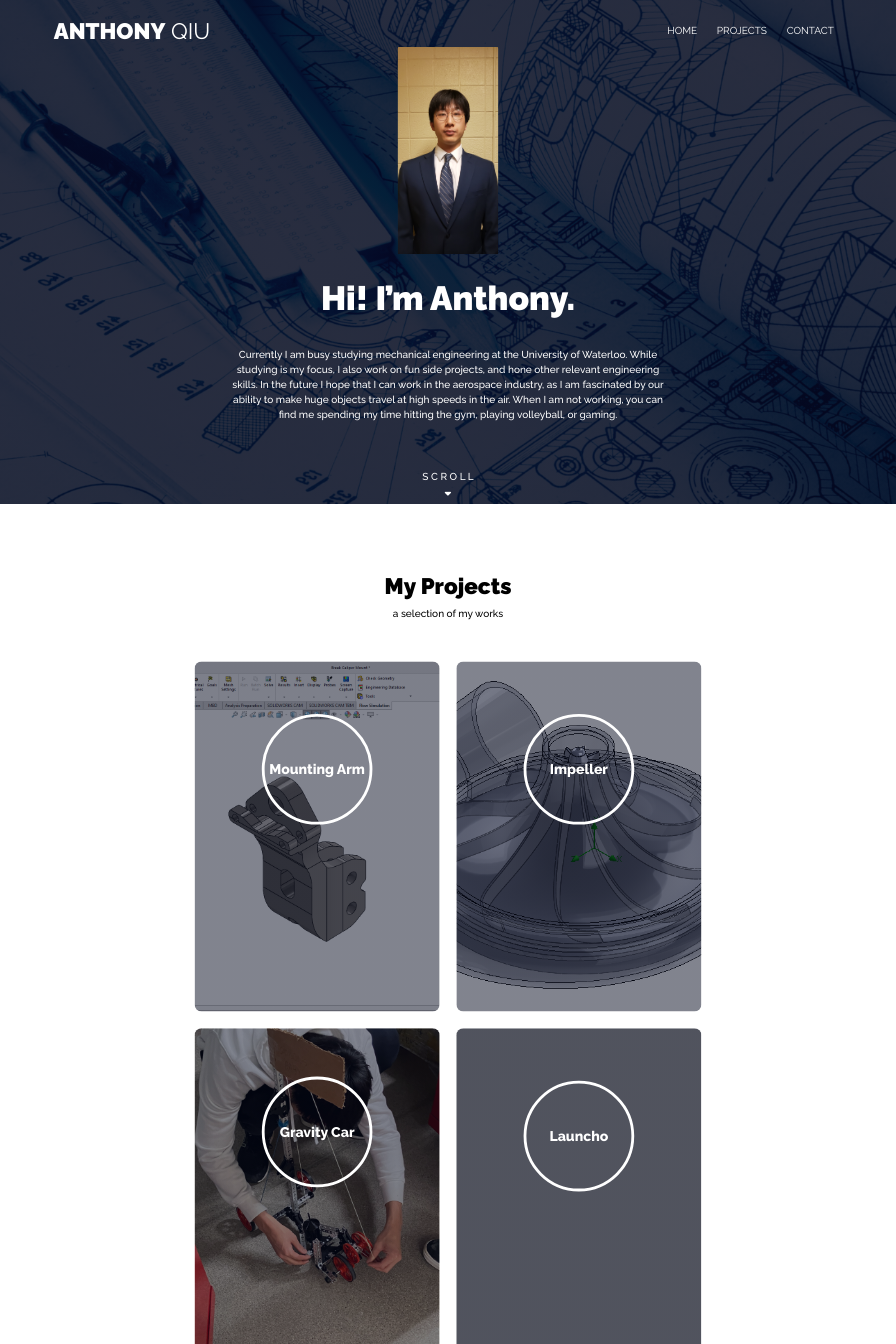
Repository: 7UM1N/anthonyq.github.io
Page: index.html
These files come from the project's save history. The page is drawn as it stood at one moment and after the next save; the edit follows.
The browser window is 1280 px wide. The pictures show the part of the page from y = 0 to 1920 px (the page is 3321 px tall), at 70% of full size.
Pictures or frames that could not be fetched are drawn as grey boxes.

Above is the page before, as saved 2023-03-10 19:29:01.

### index.html
<!DOCTYPE html>
<html lang="en">
    <head>
        <!-- Google tag (gtag.js) -->
        <script async src="https://www.googletagmanager.com/gtag/js?id=G-XFJFSFPP7C"></script>
        <script>
            window.dataLayer = window.dataLayer || [];
            function gtag(){dataLayer.push(arguments);}
            gtag('js', new Date());
            gtag('config', 'G-XFJFSFPP7C');
        </script>

        <meta charset="UTF-8">
        <meta name="viewport" content="width=device-width, initial-scale=1.0">
        <title>Anthony Qiu</title>
        <link rel="icon" type="image/jpg" href="/img/favicon.ico"/>
        <link rel="stylesheet" href="https://cdnjs.cloudflare.com/ajax/libs/normalize/8.0.1/normalize.min.css" integrity="sha512-NhSC1YmyruXifcj/KFRWoC561YpHpc5Jtzgvbuzx5VozKpWvQ+4nXhPdFgmx8xqexRcpAglTj9sIBWINXa8x5w==" crossorigin="anonymous" referrerpolicy="no-referrer" />
        <link rel="stylesheet" href="https://cdnjs.cloudflare.com/ajax/libs/font-awesome/6.2.1/css/all.min.css" integrity="sha512-MV7K8+y+gLIBoVD59lQIYicR65iaqukzvf/nwasF0nqhPay5w/9lJmVM2hMDcnK1OnMGCdVK+iQrJ7lzPJQd1w==" crossorigin="anonymous" referrerpolicy="no-referrer" />
        <link rel="stylesheet" href="css/style.css">
        <link rel="preconnect" href="https://fonts.googleapis.com">
        <link rel="preconnect" href="https://fonts.gstatic.com" crossorigin>
        <link href="https://fonts.googleapis.com/css2?family=Raleway:ital,wght@0,100;0,200;0,300;0,400;0,500;0,600;0,700;0,800;0,900;1,100;1,200;1,300;1,400;1,500;1,600;1,700;1,800;1,900&display=swap" rel="stylesheet">
    </head>
    <body>

        <!-- header -->
        <header>
            <nav>
                <a class="logo" href="index.html">
                    <strong>ANTHONY</strong> QIU
                </a>
                <div class="nav-links" id="navLinks">
                    <ul>
                        <i class="fa-solid fa-xmark" onclick="hideMenu()"></i>
                        <li><a href="index.html" >HOME</a></li>
                        <li><a href="index.html#projects">PROJECTS</a></li>
                        <li><a href="contact.html">CONTACT</a></li>
                    </ul>
                </div>
                <i class="fa-solid fa-bars" onclick="showMenu()"></i>
            </nav>
            <div class="text-box">
                <img src="img/Anthony.jpg">
                <h1>Hi! I’m Anthony.</h1>
                <p>
                    Currently I am busy studying mechanical engineering at the University of Waterloo. While studying is my focus,
                    I also work on fun side projects, and hone other relevant engineering skills. In the future I hope that I can
                    work in the aerospace industry, as I am fascinated by our ability to make huge objects travel at high speeds in the air.
                    When I am not working, you can find me spending my time hitting the gym, playing volleyball, or gaming.
                </p>
                <!--<a href="Resume.pdf" class="hero-btn"><strong>check out my resume</strong></a>-->
            </div>
            <div class="scroll">
                <p>S C R O L L<br><i class="fa-solid fa-sort-down"></i></p>
            </div>
        </header>

        <!-- projects -->
        <section class="projects" id="projects">
            <h2>My Projects</h2>
            <p>a selection of my works</p>
            <div class="portfolio">
                <!--<a href="">
                    <div class="portfolio-item nerfv2">
                        <h3>Nerf V2</h3>
                        <p>coming soon...</p>
                    </div>
                </a>-->
                <a href="portfolio-item-break-caliper-arm.html">
                    <div class="portfolio-item break-caliper-arm">
                        <h3>Mounting Arm</h3>
                        <p>break caliper mounting arm</p>
                    </div>
                </a>
                <a href="portfolio-item-centrifugal-pump.html">
                    <div class="portfolio-item centrifugal-pump">
                        <h3>Impeller</h3>
                        <p>centrifugal-pump for robotic suction arm</p>
                    </div>
                </a>
                <a href="portfolio-item-gravity-car.html">
                    <div class="portfolio-item gravity-car">
                        <h3>Gravity Car</h3>
                        <p>a makeshift vehicle which operates solely on gravitational energy</p>
                    </div>
                </a>
                <a href="portfolio-item-launcho.html">
                    <div class="portfolio-item launcho">
                        <h3>Launcho</h3>
                        <p>spring powered toy rocket</p>
                    </div>
                </a>
                <a href="portfolio-item-four-cylinder-engine.html">
                    <div class="portfolio-item four-cylinder-engine">
                        <h3>Four Cylinder Engine</h3>
                        <p>a 3D model for a 4 cylinder engine</p>
                    </div>
                </a>
                <a href="portfolio-item-codebreaker.html">
                    <div class="portfolio-item codebreaker">
                        <h3>Codebreaker</h3>
                        <p>the game "Mastermind" coded in java</p>
                    </div>
                </a>
                <a href="portfolio-item-saitama.html">
                    <div class="portfolio-item saitama">
                        <h3>Saitama</h3>
                        <p>a discord bot</p>
                    </div>
                </a>
                <a href="portfolio-item-this-website.html">
                    <div class="portfolio-item this-website">
                        <h3>This Website</h3>
                        <p>created with  <i class="fa-regular fa-heart"></i></p>
                    </div>
                </a>
            </div>
        </section>

        <!-- footer -->
        <footer class="footer">
            <a href="mailto:anthony.bo.qiu@gmail.com" class="email">anthony.bo.qiu@gmail.com</a>
            <ul class="socials">
                <li class="socials-item">
                    <a class="social-item-link" href="https://www.linkedin.com/in/anthonyboqiu">
                        <i class="fa-brands fa-linkedin"></i>
                    </a>
                </li>
                <li class="socials-item">
                    <a class="social-item-link" href="https://github.com/anthonyqiu">
                        <i class="fa-brands fa-github"></i>
                    </a>
                </li>
            </ul>
            <P class="love">made with <i class="fa-regular fa-heart"></i> by Anthony</p>
        </footer>

        <!-- javascript-->
        <script src="js/index.js"></script>
    </body>
</html>

### css/style.css
/*custom properties*/
:root {
    --ff-primary: 'Raleway', sans-serif;
    --ff-secondary: 'Raleway', sans-serif;

    --fw-reg: 500;
    --fw-bold: 850;

    --clr-light: #fff;
    --clr-dark: #000000;
    --clr-accent: #e281ff;

    --fs-h1: 3rem;
    --fs-h2: 2rem;
    --fs-h3: 1.25rem;
    --fs-h4: 1.05rem;
    --fs-body: 0.9rem;

    --bs: 0.25em 0.25em 0.75em rgba(0, 0, 0, .25), 0.125em 0.125em 0.25em rgba(0, 0, 0, .15);
}

* {
    margin: 0;
    padding: 0;
    font-family: var(--ff-primary);
}

/* typography */
h1,
h2,
h3 {
    line-height: 1.1;
}

h1, h2, h3, h4 {
    font-weight: var(--fw-bold);
}

h1 {font-size: var(--fs-h1)}
h2 {font-size: var(--fs-h2)}
h3 {
    font-size: var(--fs-h3);
    font-weight: 800;
}
h4 {
    font-size: var(--fs-h4);
}

p {
    font-size: var(--fs-body);
    font-weight: var(--fw-reg);
    line-height: 150%;
    padding: 10px;
}

a:link {
    text-decoration: none;
}

a:visited {
    text-decoration: none;
}

a:hover {
    text-decoration: none;
}

a:active {
    text-decoration: none;
}

strong {font-weight: var(--fw-bold);}

/*header*/
header {
    min-height: 100vh;
    width: 100%;
    background-image: linear-gradient(rgba(4, 9, 30, 0.85), rgba(4, 9, 30, 0.85)), url(../img/blueprint.jpeg);
    background-position: center;
    background-size: cover;
    position: relative;
}

header img {
    max-width: 20vh;
    border-radius: 1%;
}

nav {
    display: flex;
    padding: 2% 6%;
    justify-content: space-between;
    align-items: center;
}

.logo {
    color: var(--clr-light);
    text-decoration: none;
    font-size: var(--fs-h2);
}

.nav-links {
    flex: 1;
    text-align: right;
}

.nav-links ul li {
    list-style: none;
    display: inline-block;
    padding: 8px 12px;
    position: relative;
}

.nav-links ul li a {
    color: var(--clr-light);
    text-decoration: none;
    font-size: var(--fs-body);
}

.nav-links ul li::after {
    content: '';
    width: 0%;
    height: 2px;
    background: var(--clr-light);
    display: block;
    margin: auto;
    transition: 0.5s;
}

.nav-links ul li:hover::after {
    width: 100%;
}

.text-box {
    width: 50%;
    color: var(--clr-light);
    position: absolute;
    top: 50%;
    left: 50%;
    transform: translate(-50%, -50%);
    text-align: center;
}

.text-box p {
    margin: 10px 0 40px;
    color: var(--clr-light);
}

.hero-btn {
    color: var(--clr-light);
    border: 1px solid var(--clr-light);
    display: inline-block;
    text-decoration: none;
    padding: 12px 34px;
    font-size: var(--fs-body);
    background: transparent;
    position: relative;
    cursor: pointer;
    margin-top: 20px;;
}

.hero-btn:hover {
    background: var(--clr-light);
    color: var(--clr-dark);
    transition: 1s;
}

.inverse-btn {
    color: var(--clr-dark);
    border: 1px solid var(--clr-dark);
}

.inverse-btn:hover {
    color: var(--clr-light);
    background: var(--clr-dark);
}

nav .fa-solid {
    display: none;
}

.scroll {
    color: var(--clr-light);
    text-align: center;
    position: absolute;
    top: 96%;
    left: 50%;
    transform: translate(-50%, -50%);
}

/*projects*/

.projects {
    width: 80%;
    margin: auto;
    text-align: center;
    padding-top: 100px;
    padding-bottom: 100px;
}

.projects p {
    color: var(--clr-dark);
}

.projects img {
    width: 12rem;
    height: 18rem;
    border-radius: 10px;
}

.portfolio {
    display: flex;
    flex-wrap: wrap;
    gap: 1.5rem;

    margin: auto;
    align-items: center;
    justify-content: center;
    margin-top: 3rem;
}

.portfolio-item {
    background-position: center;
    background-size: cover;
    position: relative;

    color: var(--clr-light);
    width: 350px;
    height: 500px;
    flex-shrink: 0;
    border-radius: 10px;
    box-sizing: border-box;
    transition: 0.5s;

    display: flex;
    justify-content: center;
    align-items: center;
    flex-direction: column;
}

.portfolio-item h3 {
    color: var(--clr-light);
    width: 150px;
    height: 150px;
    border-style: solid;
    border-width: 0.3rem;
    border-color: var(--clr-light);
    border-radius: 50%;

    position: relative;
    display: flex;
    justify-content: center;
    align-items: center;
    margin: auto;
}

.portfolio-item p {
    color: var(--clr-light);

    display: flex;
    justify-content: center;
    align-items: center;
    margin: auto;
    opacity: 0%;
    transition: 1s;
}

/* banner */
.break-caliper-arm {
    background-image: linear-gradient(rgba(4, 9, 30, 0.5), rgba(4, 9, 30, 0.5)), url(../img/break-caliper-arm/banner.png);
}
.centrifugal-pump {
    background-image: linear-gradient(rgba(4, 9, 30, 0.5), rgba(4, 9, 30, 0.5)), url(../img/centrifugal-pump/banner.png);
}
.nerfv2 {
    background-image: linear-gradient(rgba(4, 9, 30, 0.5), rgba(4, 9, 30, 0.5)), url(../img/coming-soon.webp);
}
.gravity-car {
    background-image: linear-gradient(rgba(4, 9, 30, 0.5), rgba(4, 9, 30, 0.5)), url(../img/gravity-car/banner.jpg);
}
.launcho {
    background-image: linear-gradient(rgba(4, 9, 30, 0.5), rgba(4, 9, 30, 0.5)), url(../img/launcho/launcho-card.jpg);
}
.four-cylinder-engine {
    background-image: linear-gradient(rgba(4, 9, 30, 0.5), rgba(4, 9, 30, 0.5)), url(../img/four-cylinder-engine/banner.png);
}
.codebreaker {
    background-image: linear-gradient(rgba(4, 9, 30, 0.5), rgba(4, 9, 30, 0.5)), url(../img/codebreaker/codebreaker-card.jpg);
}
.saitama {
    background-image: linear-gradient(rgba(4, 9, 30, 0.5), rgba(4, 9, 30, 0.5)), url(../img/saitama/saitama-banner.webp);
}
.this-website {
    background-image: linear-gradient(rgba(4, 9, 30, 0.5), rgba(4, 9, 30, 0.5)), url(../img/this-website/this-website-card.jpeg);
}

.portfolio-item h3 {
    vertical-align: middle;
}
.portfolio-item:hover {
    box-shadow: 0 0 20px 0px rgba(0, 0, 0, 0.80);
    filter: brightness(90%);
}

.portfolio-item:hover p {
    opacity: 100%;
}

.portfolio-item-text {
    position: absolute;
    top: 0;
}

/* footer */
.footer {
    background: var(--clr-dark);
    color: var(--clr-light);
    text-align: center;
    padding: 2.5em 0;
    font-size: var(--fs-h3);
    font-family: var(--ff-secondary);
}

.footer a {
    color: inherit;
    text-decoration: none;
}

.email {
    font-weight: var(--fw-bold);
    font-size: 11px;
}

.email:hover,
.social-item-link:hover {
    transform: scale(2);
    opacity: .5;
}

.email,
.social-item-link {
    transition:
        transform 750ms cubic-bezier(.5, 0, .5, 1),
        opacity 250ms linear;
}

.socials {
    list-style: none;
    display: flex;
    justify-content: center;
    margin: 0.25em 0 0;
    padding: 0;
}

.socials-item {
    margin: - .5em;
}

.socials-item {
    padding: .5em;
}

.love {
    font-size: 9px;
}

.fa-heart {
    color: var(--clr-accent);
}

/* sub header */
.sub-header {
    height: 100vh;
    width: 100%;
    background-image: linear-gradient(rgba(4, 9, 30, 0.7), rgba(4, 9, 30, 0.7)), url(../img/launcho/launcho-card.jpg);
    background-position: center;
    background-size: cover;
    text-align: center;
    margin: auto;
    position: relative;
}

/* card */
.sub-header-contact {background-image: linear-gradient(rgba(4, 9, 30, 0.85), rgba(4, 9, 30, 0.85)), url(../img/blueprint.jpeg);}
.sub-header-break-caliper-arm {background-image: linear-gradient(rgba(4, 9, 30, 0.7), rgba(4, 9, 30, 0.7)), url(../img/break-caliper-arm/banner.png);}
.sub-header-centrifugal-pump {background-image: linear-gradient(rgba(4, 9, 30, 0.7), rgba(4, 9, 30, 0.7)), url(../img/centrifugal-pump/banner.png);}
.sub-header-nerfv2 {background-image: linear-gradient(rgba(4, 9, 30, 0.7), rgba(4, 9, 30, 0.7)), url(../img/coming-soon.webp);}
.sub-header-gravity-car {background-image: linear-gradient(rgba(4, 9, 30, 0.7), rgba(4, 9, 30, 0.7)), url(../img/gravity-car/banner.jpg);}
.sub-header-launcho {background-image: linear-gradient(rgba(4, 9, 30, 0.7), rgba(4, 9, 30, 0.7)), url(../img/launcho/launcho-card.jpg);}
.sub-header-four-cylinder-engine {background-image: linear-gradient(rgba(4, 9, 30, 0.7), rgba(4, 9, 30, 0.7)), url(../img/four-cylinder-engine/banner.png);}
.sub-header-codebreaker {background-image: linear-gradient(rgba(4, 9, 30, 0.7), rgba(4, 9, 30, 0.7)), url(../img/codebreaker/codebreaker-banner.jpg);}
.sub-header-saitama {background-image: linear-gradient(rgba(4, 9, 30, 0.7), rgba(4, 9, 30, 0.7)), url(../img/saitama/saitama-banner.webp);}
.sub-header-this-website {background-image: linear-gradient(rgba(4, 9, 30, 0.7), rgba(4, 9, 30, 0.7)), url(../img/this-website/this-website-card.jpeg);}

.sub-header .text-box {
    border-style: solid;
    border-width: 0.25rem;
    border-color: var(--clr-light);
}

.portfolio-item-section {
    text-align: center;
    padding-top: 100px;
    padding-bottom: 100px;
    width: 40%;

    position: relative;
    display: flex;
    justify-content: center;
    align-items: center;
    margin: auto;
    flex-direction: column;
}

.portfolio-item-section p {
    color: var(--clr-dark);
}

.portfolio-item-section img {
    max-width: 90%;
    max-height: 50vh;
    padding: 2rem;
}

.portfolio-item-section h2,
.portfolio-item-section h3 {
    margin-top: 1rem;
}

.contact {
    padding: 50px;
    width: 40%;
    margin: auto;
    text-align: center;
}

.contact input,
.contact textarea {
    width: 100%;
    padding: 15px;
    margin-bottom: 17px;
    outline: none;
    border: 1px solid var(--clr-dark);
    box-sizing: border-box;
}

/*smaller screens*/
@media(max-width: 800px) {
    .nav-links ul li {
        display: block;
    }

    .nav-links {
        position: fixed;
        background: var(--clr-dark);
        height: 100vh;
        width: 200px;
        top: 0;
        right: -200px;
        text-align: left;
        z-index: 2;
        transition: 1s;
    }

    nav .fa-solid {
        display: block;
        color: var(--clr-light);
        margin: 10px;
        font-size: var(--fs-h3);
        cursor: pointer;
    }

    .text-box {
        width: 90%;
    }

    header img {
        max-width: 10vh;
        border-radius: 3%;
    }

    .portfolio-item-section {
        width: 90%;
    }

    .contact {
        width: 70%;
    }
}

### js/index.js
//toggle menu
var navLinks = document.getElementById("navLinks");

function showMenu(){
    navLinks.style.right = "0";
}

function hideMenu(){
    navLinks.style.right = "-200px";
}

After the next save:
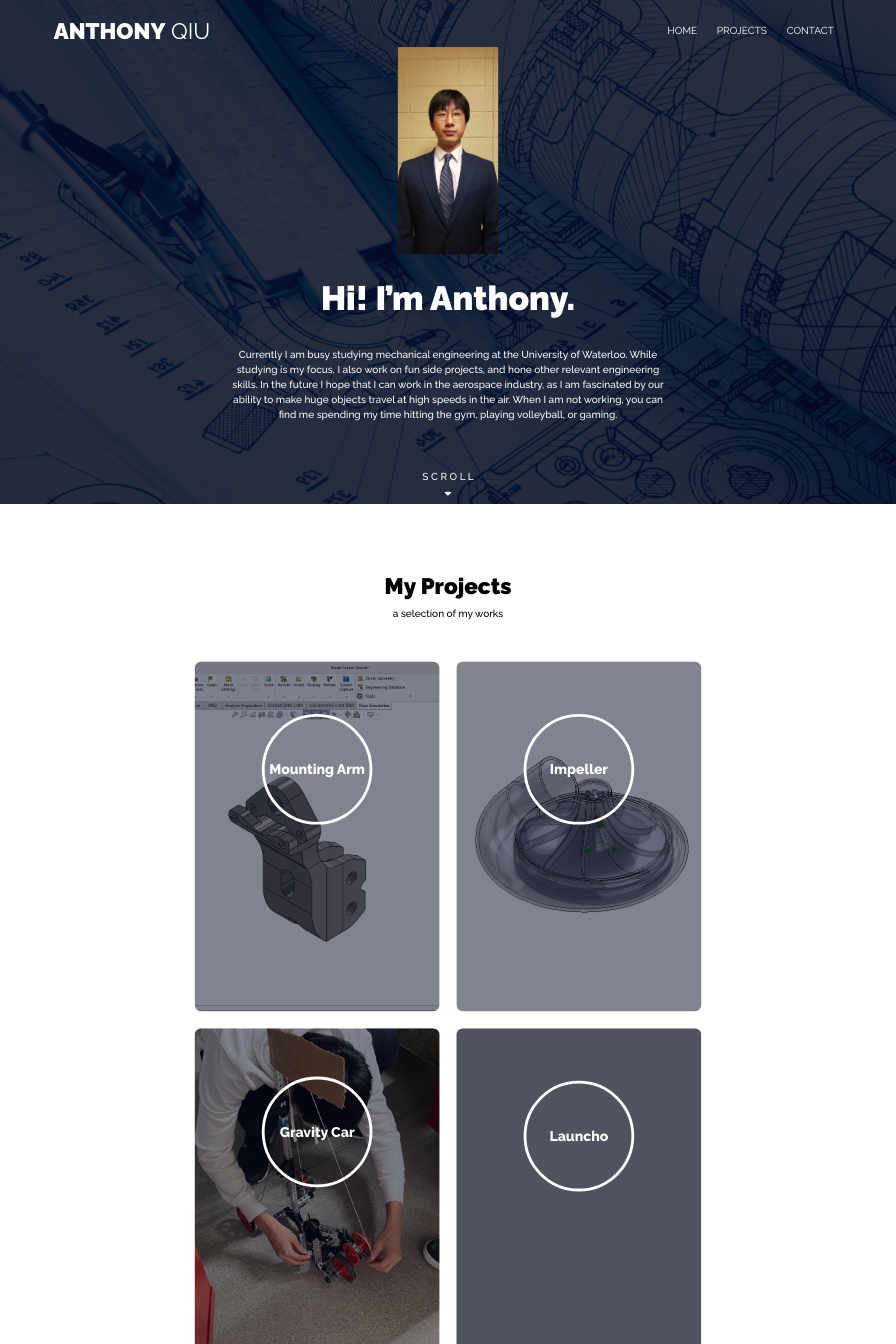
Saved 4 s later.
--- a/css/style.css
+++ b/css/style.css
@@ -270,7 +270,7 @@
     background-image: linear-gradient(rgba(4, 9, 30, 0.5), rgba(4, 9, 30, 0.5)), url(../img/break-caliper-arm/banner.png);
 }
 .centrifugal-pump {
-    background-image: linear-gradient(rgba(4, 9, 30, 0.5), rgba(4, 9, 30, 0.5)), url(../img/centrifugal-pump/banner.png);
+    background-image: linear-gradient(rgba(4, 9, 30, 0.5), rgba(4, 9, 30, 0.5)), url(../img/centrifugal-pump/card.png);
 }
 .nerfv2 {
     background-image: linear-gradient(rgba(4, 9, 30, 0.5), rgba(4, 9, 30, 0.5)), url(../img/coming-soon.webp);
